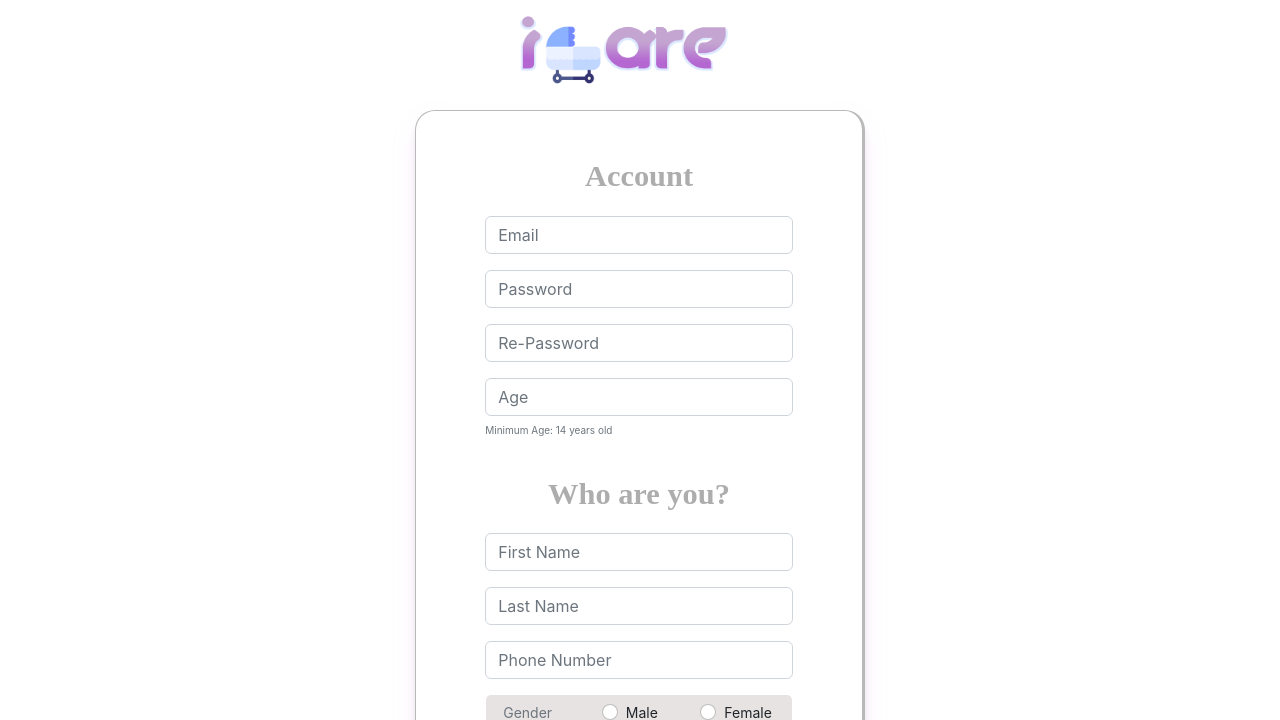
Repository: DorAzaria/iCare
Page: /babysitter-register (app in front-end/)
An editor plug-in stored every save of this project. The page is shown before and after the next save, followed by the edit.
The browser window is 1280 px wide. The pictures show the whole page.
An inner scrolling area shows only its first screen. The project was rebuilt for these pictures with package versions that can differ from the ones it lists, and the page was loaded fresh each time. Also part of the build but not shown: front-end/craco.config.js, front-end/src/components/Shells/Navigation/index.css, front-end/src/components/Shells/Navigation/index.jsx, front-end/src/shared/Links/index.js, front-end/src/components/Views/Index/index.jsx, front-end/src/components/Views/LogIn/index.css, front-end/src/components/Views/LogIn/index.jsx, front-end/src/components/Partials/JobPost/index.css and 42 more.

Above is the page before, as saved 2022-08-16 14:58:41.

After the next save:
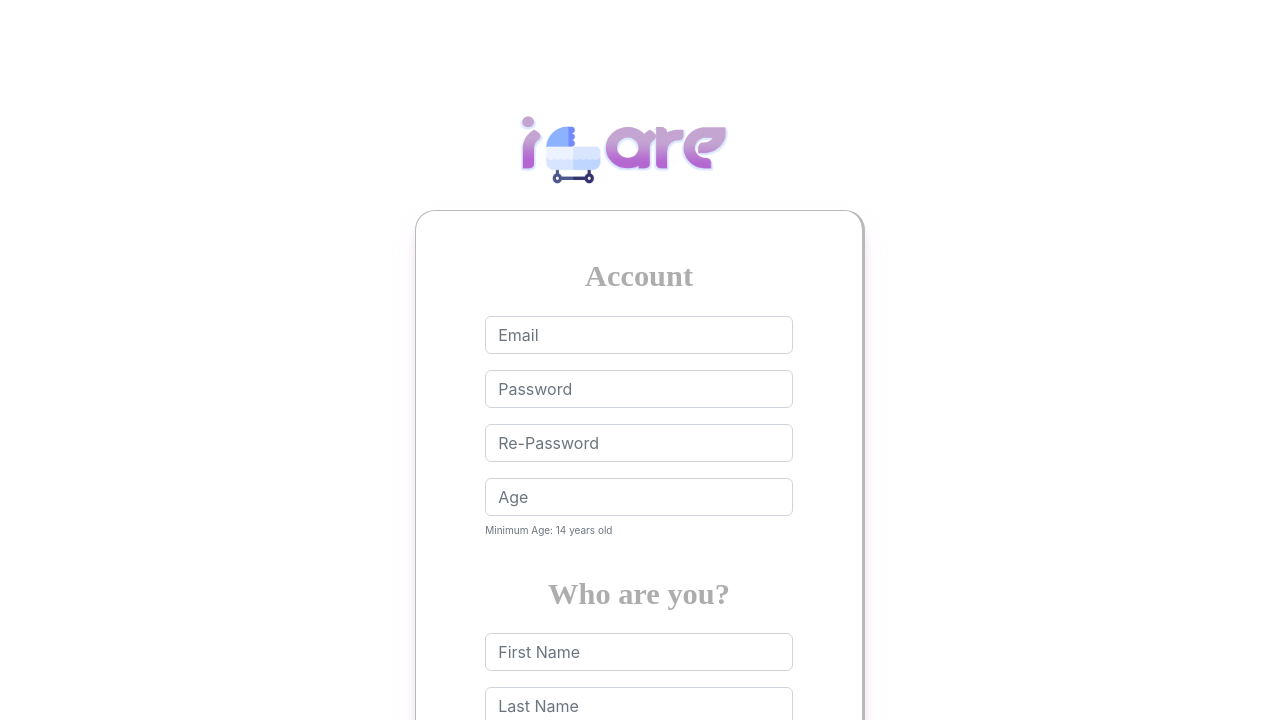
Saved 14 s later.
--- a/front-end/src/components/Views/BabySitter-Register/index.jsx
+++ b/front-end/src/components/Views/BabySitter-Register/index.jsx
@@ -200,7 +200,7 @@ class ViewBabySitterRegister extends React.Component {
       <Container>
                     <div style={{textAlign: 'center'}}>
             <Link className="ShellMainGate_headTitle" to="/">
-              <img alt = "iCare" src = "logo.png" style = {{marginLeft:-33 ,width:215, height:110}}/>
+              <img alt = "iCare" src = "logo.png" style = {{marginTop: 100, marginLeft:-33 ,width:215, height:110}}/>
             </Link>
             </div>
         <Row className="justify-content-md-center">
